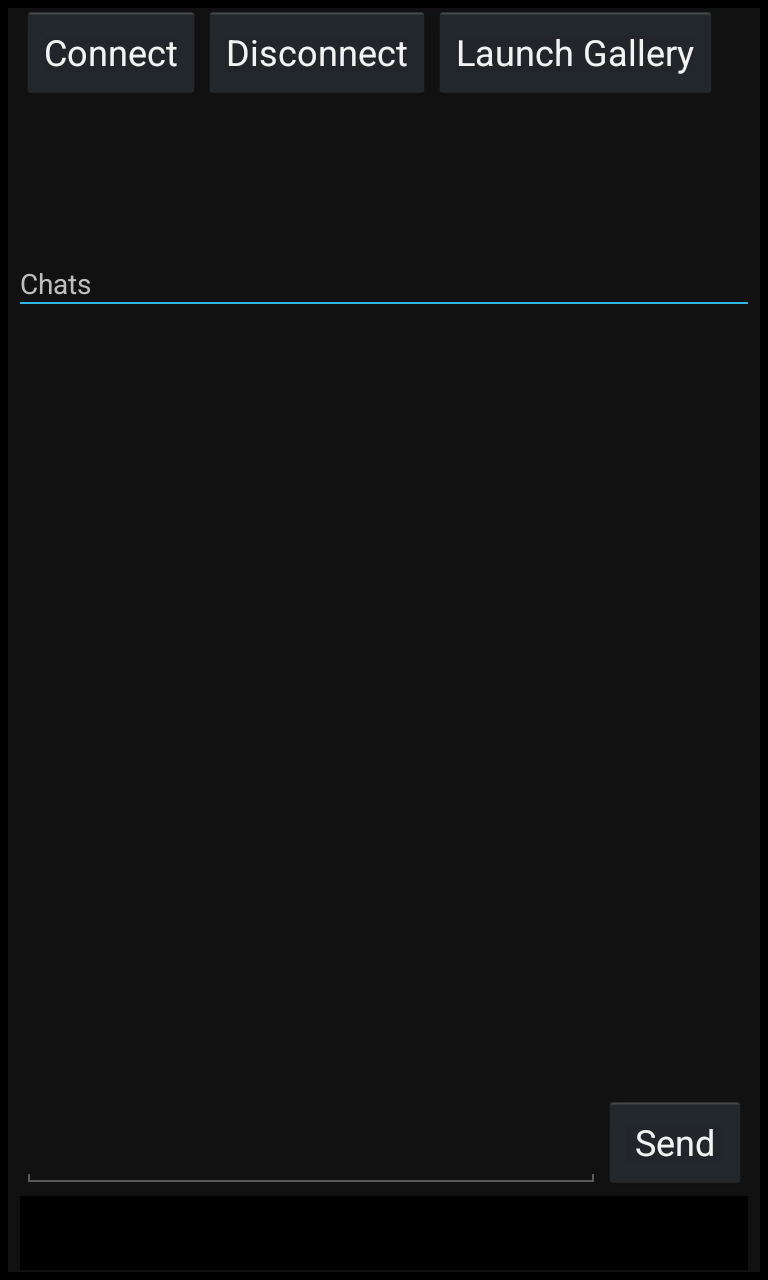
Repository: flyingbuffalo/AndroidTest
Layout: WiFiDirectDemo/res/layout/device_detail.xml
An editor plug-in stored every save of this project. The layout is shown before and after the next save, followed by the edit.
It is drawn on a 768 x 1280 px phone screen (xhdpi) without system bars, with theme android:Theme.Holo; the app's code is not run. Lists and similar views that code fills are empty.

Above is the layout before, as saved 2014-08-05 13:40:32.

### WiFiDirectDemo/res/layout/device_detail.xml
<?xml version="1.0" encoding="utf-8"?>
<RelativeLayout
    xmlns:android="http://schemas.android.com/apk/res/android"
    android:orientation="horizontal"
    android:layout_width="match_parent"
    android:layout_height="match_parent"
    android:background="@drawable/details_view"
    android:visibility="visible">

    <LinearLayout
        android:orientation="vertical"
        android:layout_width="match_parent"
        android:layout_height="wrap_content"
        android:layout_alignParentLeft="true"
        android:layout_alignParentRight="true"
        android:layout_alignParentTop="true"
        android:layout_above="@+id/chat_typing" >

        <LinearLayout
            android:orientation="horizontal"
            android:layout_width="match_parent"
            android:layout_height="wrap_content">
            <Button
                android:id="@+id/btn_connect"
                android:layout_width="wrap_content"
                android:layout_height="wrap_content"
                android:text="@string/connect_peer_button" />
            <Button
                android:id="@+id/btn_disconnect"
                android:layout_width="wrap_content"
                android:layout_height="wrap_content"
                android:text="@string/disconnect_peer_button" />
            <Button
                android:id="@+id/btn_start_client"
                android:layout_width="wrap_content"
                android:layout_height="wrap_content"
                android:text="@string/get_file_button"
                android:visibility="visible" />
        </LinearLayout>

        <LinearLayout
            android:orientation="vertical"
            android:layout_width="match_parent"
            android:layout_height="wrap_content">
	        <TextView
	            android:id="@+id/device_address"
	            android:layout_width="match_parent"
	            android:layout_height="wrap_content" />
	        <TextView
	            android:id="@+id/device_info"
	            android:layout_width="match_parent"
	            android:layout_height="wrap_content" />
	        <TextView
	            android:id="@+id/group_owner"
	            android:layout_width="match_parent"
	            android:layout_height="wrap_content" />
	        <TextView
	            android:id="@+id/group_ip"
	            android:layout_width="match_parent"
	            android:layout_height="wrap_content" />

        </LinearLayout>

        <LinearLayout
            android:orientation="vertical"
            android:layout_width="match_parent"
            android:layout_height="0dp"
            android:layout_weight="1"
            android:layout_marginTop="6dp">

	        <TextView
		        android:layout_width="fill_parent"
		        android:layout_height="wrap_content"
		        android:gravity="center_vertical"
		        android:text="Chats" />
		    <View
		        android:layout_width="fill_parent"
		        android:layout_height="1dp"
		        android:gravity="center_vertical"
		        android:background="@android:color/holo_blue_light" />

		    <!-- Available peers -->
		    <ListView
		        android:layout_marginTop="5dp"
		        android:layout_marginBottom="5dp"
		        android:id="@+id/chat_list"
		        android:layout_width="match_parent"
		        android:layout_height="match_parent"
		        android:drawSelectorOnTop="false" />
		</LinearLayout>

    </LinearLayout>

    <LinearLayout
        android:layout_width="match_parent"
        android:layout_height="wrap_content"
        android:id="@+id/chat_typing"
        android:orientation="horizontal"
        android:layout_marginBottom="3dp"
        android:layout_alignParentLeft="true"
        android:layout_alignParentRight="true"
		android:layout_above="@+id/status_bar" >

        <EditText
            android:layout_width="0dp"
            android:layout_height="match_parent"
            android:layout_weight="8"
            android:id="@+id/chat_edttext" >
        </EditText>

        <Button
            android:layout_width="0dp"
            android:layout_height="match_parent"
            android:layout_weight="2"
            android:text="Send"
            android:id="@+id/chat_btn" >
        </Button>

    </LinearLayout>

    <LinearLayout
        android:layout_width="match_parent"
        android:id="@+id/status_bar"
        android:orientation="vertical"
        android:layout_gravity="bottom"
        android:layout_height="37dp"
        android:layout_marginBottom="3dp"
        android:background="@android:color/background_dark"
        android:layout_alignParentLeft="true"
        android:layout_alignParentRight="true"
        android:layout_alignParentBottom="true" >

        <TextView
            android:layout_width="wrap_content"
            android:layout_height="match_parent"
            android:layout_gravity="center"
            android:layout_margin="5dp"
            android:textColor="@android:color/white"
            android:id="@+id/status_text">
        </TextView>
    </LinearLayout>
</RelativeLayout>

Loaded but not shown: WiFiDirectDemo/res/drawable/details_view.xml (common file); WiFiDirectDemo/res/values/strings.xml (common file); WiFiDirectDemo/res/values/colors.xml (common file)

After the next save:
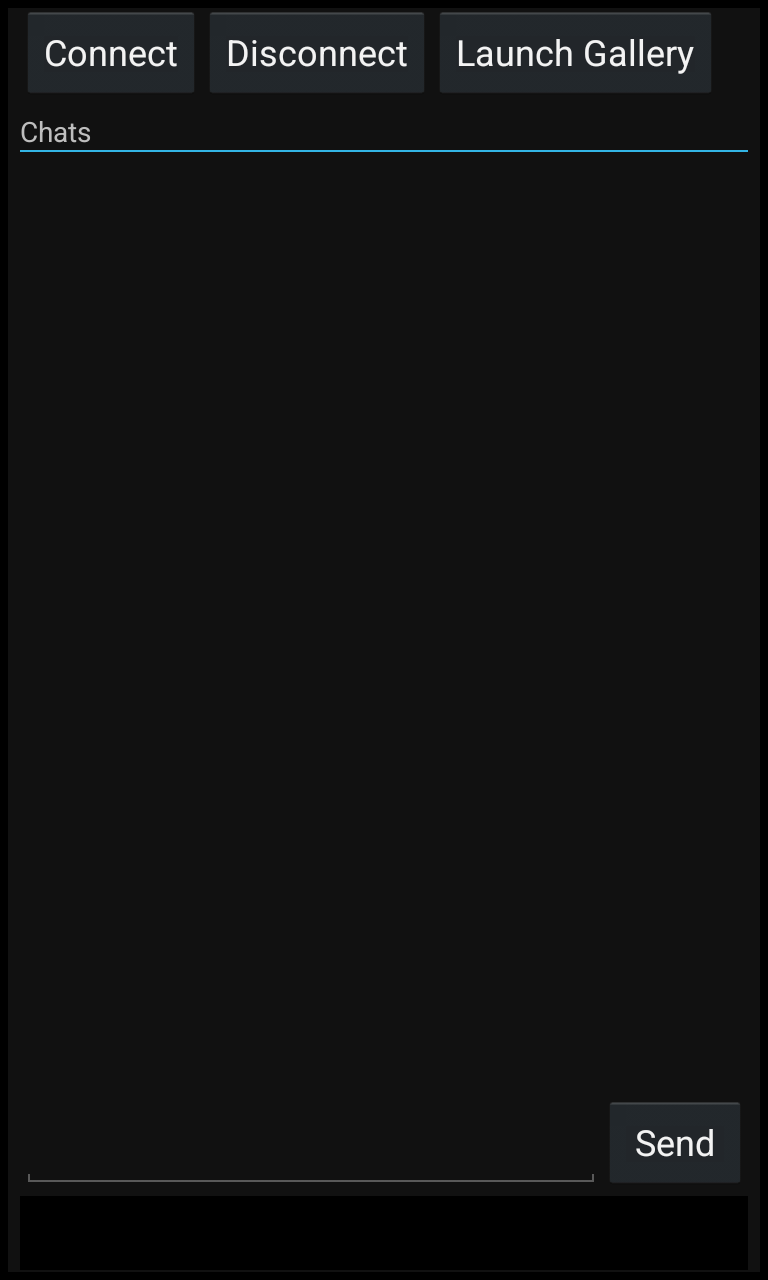
Saved 27 s later.
--- a/WiFiDirectDemo/res/layout/device_detail.xml
+++ b/WiFiDirectDemo/res/layout/device_detail.xml
@@ -38,28 +38,31 @@
                 android:visibility="visible" />
         </LinearLayout>
 
-        <LinearLayout
-            android:orientation="vertical"
-            android:layout_width="match_parent"
-            android:layout_height="wrap_content">
-	        <TextView
-	            android:id="@+id/device_address"
+        <ScrollView
+            >
+	        <LinearLayout
+	            android:orientation="vertical"
 	            android:layout_width="match_parent"
-	            android:layout_height="wrap_content" />
-	        <TextView
-	            android:id="@+id/device_info"
-	            android:layout_width="match_parent"
-	            android:layout_height="wrap_content" />
-	        <TextView
-	            android:id="@+id/group_owner"
-	            android:layout_width="match_parent"
-	            android:layout_height="wrap_content" />
-	        <TextView
-	            android:id="@+id/group_ip"
-	            android:layout_width="match_parent"
-	            android:layout_height="wrap_content" />
+	            android:layout_height="wrap_content">
+		        <TextView
+		            android:id="@+id/device_address"
+		            android:layout_width="match_parent"
+		            android:layout_height="wrap_content" />
+		        <TextView
+		            android:id="@+id/device_info"
+		            android:layout_width="match_parent"
+		            android:layout_height="wrap_content" />
+		        <TextView
+		            android:id="@+id/group_owner"
+		            android:layout_width="match_parent"
+		            android:layout_height="wrap_content" />
+		        <TextView
+		            android:id="@+id/group_ip"
+		            android:layout_width="match_parent"
+		            android:layout_height="wrap_content" />
 
-        </LinearLayout>
+	        </LinearLayout>
+        </ScrollView>
 
         <LinearLayout
             android:orientation="vertical"
